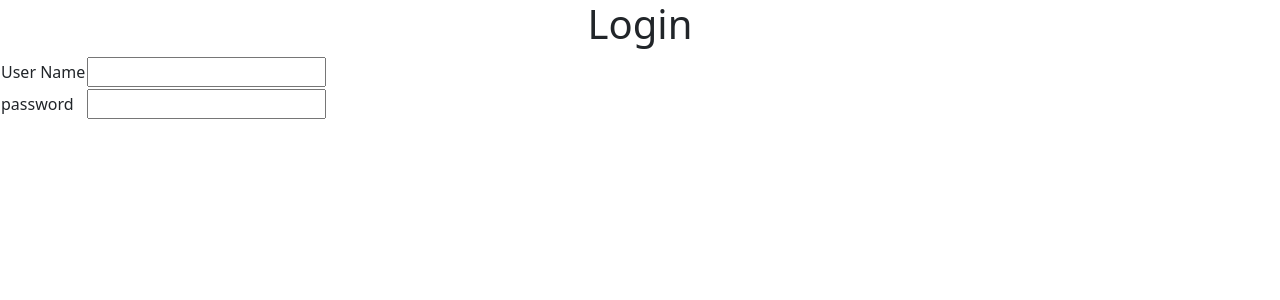
Repository: manmadharaomaruvada/servlets
Page: RequestDispatcherDemo/src/main/webapp/login.html
An editor plug-in stored every save of this project. The page is shown before and after the next save, followed by the edit.
The browser window is 1280 px wide. The pictures show the whole page.

Above is the page before, as saved 2022-10-17 09:54:27.

After the next save:
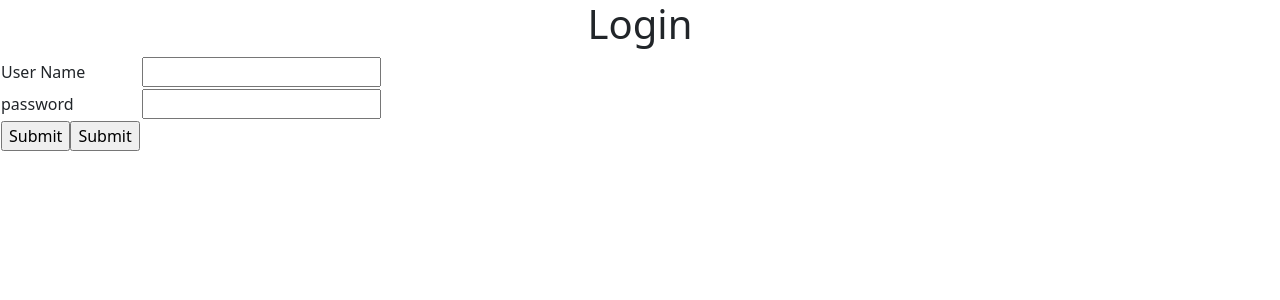
Saved 119 s later.
--- a/RequestDispatcherDemo/src/main/webapp/login.html
+++ b/RequestDispatcherDemo/src/main/webapp/login.html
@@ -22,7 +22,10 @@
 			</tr>
 			<tr>
 				<td>password</td>
-				<td><input type="password" name>
+				<td><input type="password" name="pwd"/></td>
+			</tr>
+			<tr>
+			<td><input type="submit" name="login"/><input type="submit" name="reset"/></td>
 			</tr>
 		</table>
 	</form>
